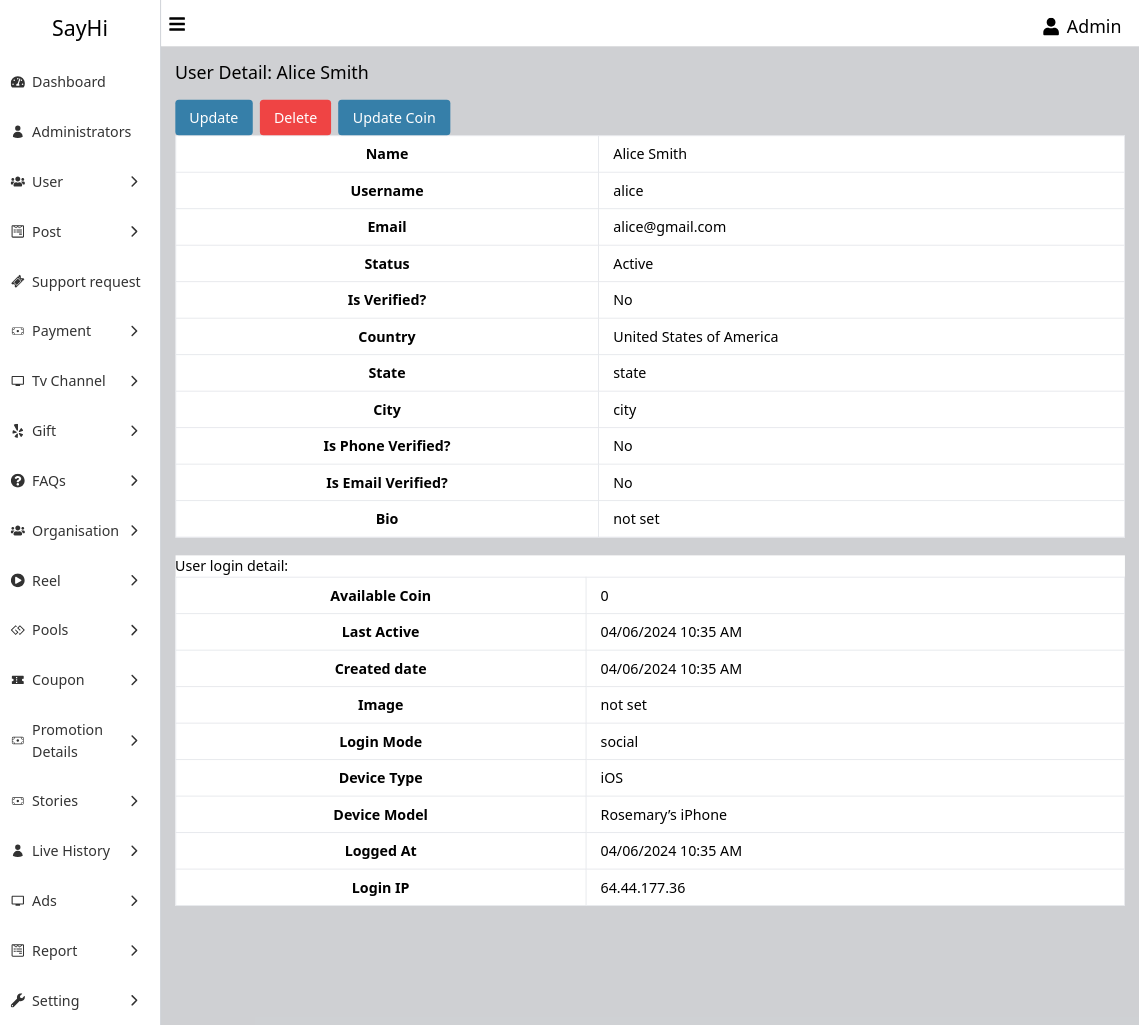
Repository: Husein8/Dashboard
Page: /userDetails/1
The author's editor kept a copy of each file at every save. The page is drawn from the files as they stood at one save, then again after the next save.
The browser window is 1280 px wide. The pictures show the whole page, at 89% of full size.
The project was rebuilt for these pictures with package versions that can differ from the ones it lists, and the page was loaded fresh each time. Also part of the build but not shown: vite.config.js, src/components/Login.jsx, src/components/Charts.jsx, src/components/LatestPost.jsx, src/components/NewUsersData.jsx, src/components/NewUsers.jsx, src/components/TableUsersData.jsx, src/components/Footer.jsx and 13 more.

Above is the page before, as saved 2024-06-09 20:48:01.

### src/App.jsx
import React, { useState } from "react";
import { BrowserRouter as Router, Route, Routes } from "react-router-dom";
import Login from "./components/Login";
import Dashboard from "./components/Dashboard";
import OnboardSettings from "./Pages/OnboardSettings";
import AdminSettings from "./Pages/AdminSettings";
import ContactInfo from "./Pages/ContactInfo";
import { AdminSettingsProvider } from "./context/AdminSettingsContext";
import MainLayout from "./components/MainLayout";
import Users from "./Pages/Users";
import UserDetails from "./Pages/UserDetails";
import UpdateUser from "./Pages/UpdateUser";
import UpdateCoinUser from "./Pages/UpdateCoinUser";
import { UserProvider } from "./context/UserContext";

const App = () => {
  const [login, setLogin] = useState(true);

  return (
    <AdminSettingsProvider>
      <UserProvider>
        <Router>
          <Routes>
            <Route
              index
              element={<Login login={login} setLogin={setLogin} />}
            />
            <Route element={<MainLayout login={login} setLogin={setLogin} />}>
              <Route path="/dashboard" element={<Dashboard />} />
              <Route path="/dashboard/settings" element={<OnboardSettings />} />
              <Route path="/adminSettings" element={<AdminSettings />} />
              <Route path="/contactInfo" element={<ContactInfo />} />
              <Route path="/users" element={<Users />} />
              <Route path="/userDetails/:id" element={<UserDetails />} />
              <Route path="/update/:id" element={<UpdateUser />} />
              <Route path="/update-coin/:id" element={<UpdateCoinUser />} />
            </Route>
          </Routes>
        </Router>
      </UserProvider>
    </AdminSettingsProvider>
  );
};

export default App;

### src/index.css
@import "tailwindcss/base";
@import "tailwindcss/components";
@import "tailwindcss/utilities";

.bg-svg {
  background-image: url("wave.png");
}

### src/context/AdminSettingsContext.jsx
import React, { createContext, useState, useContext, useEffect } from "react";

const AdminSettingsContext = createContext();

const defaultSettings = {
  isUsernameRequired: false,
  isEmailRequired: false,
  isPhoneRequired: false,
  isAddressRequired: false,
  isDateOfBirthRequired: false,
  isFirstNameRequired: false,
  isLastNameRequired: false,
  isGenderRequired: false,
  isLocationRequired: false,
  isInterestsRequired: false,
  isPhotoRequired: false,
  isBioRequired: false,
  bioMaxLength: 200,
  isFindFriendsVisible: false,
  interestsList: ["Football", "Chess", "Reading", "Traveling", "Cooking"],
};

export const AdminSettingsProvider = ({ children }) => {
  const [settings, setSettings] = useState(() => {
    const savedSettings = localStorage.getItem("adminSettings");
    return savedSettings ? JSON.parse(savedSettings) : defaultSettings;
  });

  useEffect(() => {
    localStorage.setItem("adminSettings", JSON.stringify(settings));
  }, [settings]);

  const toggleSetting = (setting) => {
    setSettings((prevSettings) => ({
      ...prevSettings,
      [setting]: !prevSettings[setting],
    }));
  };

  const setBioMaxLength = (length) => {
    setSettings((prevSettings) => ({
      ...prevSettings,
      bioMaxLength: length,
    }));
  };

  const addInterest = (interest) => {
    setSettings((prevSettings) => ({
      ...prevSettings,
      interestsList: [...prevSettings.interestsList, interest],
    }));
  };

  const removeInterest = (interest) => {
    setSettings((prevSettings) => ({
      ...prevSettings,
      interestsList: prevSettings.interestsList.filter(
        (item) => item !== interest
      ),
    }));
  };

  return (
    <AdminSettingsContext.Provider
      value={{
        settings,
        toggleSetting,
        setBioMaxLength,
        addInterest,
        removeInterest,
      }}
    >
      {children}
    </AdminSettingsContext.Provider>
  );
};

export const useAdminSettings = () => useContext(AdminSettingsContext);

### src/components/MainLayout.jsx
import React, { useEffect, useState } from "react";
import { Outlet } from "react-router-dom";
import Sidebar from "./Sidebar";
import HeaderSidebarAdmin from "./HeaderSidebarAdmin";

const MainLayout = ({ login, setLogin }) => {
  const [sidebarOpen, setSidebarOpen] = useState(false);

  const toggleSidebar = () => {
    setSidebarOpen((prevSidebarOpen) => !prevSidebarOpen);
  };

  useEffect(() => {
    const handleResize = () => {
      if (window.innerWidth >= 760) {
        setSidebarOpen(true);
      } else {
        setSidebarOpen(false);
      }
    };

    handleResize();

    window.addEventListener("resize", handleResize);
    return () => window.removeEventListener("resize", handleResize);
  }, []);

  return (
    <div className="flex">
      <div className="w-1/10 bg-opacity-20 bg-white">
        {login ? (
          <Sidebar
            sidebarOpen={sidebarOpen}
            toggleSidebar={toggleSidebar}
            setSidebarOpen={setSidebarOpen}
            login={login}
          />
        ) : (
          ""
        )}
      </div>
      <div className="w-full bg-gray-900 bg-opacity-20">
        <HeaderSidebarAdmin toggleSidebar={toggleSidebar} login={login} />
        <div className="w-full bg-bgMainContent">
          <Outlet />
        </div>
      </div>
    </div>
  );
};

export default MainLayout;

### src/Pages/UserDetails.jsx
// UserDetails.jsx
import React, { useContext } from "react";
import { useNavigate, useParams } from "react-router-dom";
import { UserContext } from "../context/UserContext";

const UserDetails = () => {
  const { id } = useParams();
  const { users } = useContext(UserContext);
  const user = users[id];
  const navigate = useNavigate();

  const handleUpdateClick = () => {
    navigate(`/update/${id}`);
  };

  const handleUpdateCoinClick = () => {
    navigate(`/update-coin/${id}`);
  };

  const handleDeleteClick = () => {
    // Logic to delete the user
    console.log(`User with ID ${id} deleted`);
    navigate("/users");
  };

  if (!user) {
    return <div>User not found</div>;
  }

  return (
    <div className="container mx-auto p-4">
      <h2 className="text-xl mb-3 font-medium">User Detail: {user.name}</h2>
      <div className="mt-4">
        <button
          onClick={handleUpdateClick}
          className="mr-2 bg-buttonsColor text-white px-4 py-2 rounded"
        >
          Update
        </button>
        <button
          onClick={handleDeleteClick}
          className="mr-2 bg-red-500 text-white px-4 py-2 rounded"
        >
          Delete
        </button>
        <button
          onClick={handleUpdateCoinClick}
          className="bg-buttonsColor text-white px-4 py-2 rounded"
        >
          Update Coin
        </button>
      </div>
      <div className="overflow-x-auto">
        <table className="min-w-full bg-white border border-gray-200">
          <tbody>
            <tr>
              <th className="py-2 px-4 border">Name</th>
              <td className="py-2 px-4 border">{user.name}</td>
            </tr>
            <tr>
              <th className="py-2 px-4 border">Username</th>
              <td className="py-2 px-4 border">{user.username}</td>
            </tr>
            <tr>
              <th className="py-2 px-4 border">Email</th>
              <td className="py-2 px-4 border">{user.email}</td>
            </tr>
            <tr>
              <th className="py-2 px-4 border">Status</th>
              <td className="py-2 px-4 border">{user.status}</td>
            </tr>
            <tr>
              <th className="py-2 px-4 border">Is Verified?</th>
              <td className="py-2 px-4 border">
                {user.isVerified ? "Yes" : "No"}
              </td>
            </tr>
            <tr>
              <th className="py-2 px-4 border">Country</th>
              <td className="py-2 px-4 border">{user.country}</td>
            </tr>
            <tr>
              <th className="py-2 px-4 border">State</th>
              <td className="py-2 px-4 border">{user.state}</td>
            </tr>
            <tr>
              <th className="py-2 px-4 border">City</th>
              <td className="py-2 px-4 border">{user.city}</td>
            </tr>
            <tr>
              <th className="py-2 px-4 border">Is Phone Verified?</th>
              <td className="py-2 px-4 border">
                {user.isPhoneVerified ? "Yes" : "No"}
              </td>
            </tr>
            <tr>
              <th className="py-2 px-4 border">Is Email Verified?</th>
              <td className="py-2 px-4 border">
                {user.isEmailVerified ? "Yes" : "No"}
              </td>
            </tr>
            <tr>
              <th className="py-2 px-4 border">Bio</th>
              <td className="py-2 px-4 border">
                {user.bio ? user.bio : "not set"}
              </td>
            </tr>
          </tbody>
        </table>
        <div className=" bg-white">
          <h2 className="mt-5">User login detail:</h2>
          <table className="min-w-full bg-white border border-gray-200">
            <tbody>
              <tr>
                <th className="py-2 px-4 border">Available Coin</th>
                <td className="py-2 px-4 border">{user.availableCoin}</td>
              </tr>
              <tr>
                <th className="py-2 px-4 border">Last Active</th>
                <td className="py-2 px-4 border">{user.lastActive}</td>
              </tr>
              <tr>
                <th className="py-2 px-4 border">Created date</th>
                <td className="py-2 px-4 border">{user.createdDate}</td>
              </tr>
              <tr>
                <th className="py-2 px-4 border">Image</th>
                <td className="py-2 px-4 border">
                  {user.image ? user.image : "not set"}
                </td>
              </tr>
              <tr>
                <th className="py-2 px-4 border">Login Mode</th>
                <td className="py-2 px-4 border">{user.loginMode}</td>
              </tr>
              <tr>
                <th className="py-2 px-4 border">Device Type</th>
                <td className="py-2 px-4 border">{user.deviceType}</td>
              </tr>
              <tr>
                <th className="py-2 px-4 border">Device Model</th>
                <td className="py-2 px-4 border">{user.deviceModel}</td>
              </tr>
              <tr>
                <th className="py-2 px-4 border">Logged At</th>
                <td className="py-2 px-4 border">{user.loggedAt}</td>
              </tr>
              <tr>
                <th className="py-2 px-4 border">Login IP</th>
                <td className="py-2 px-4 border">{user.loginIp}</td>
              </tr>
            </tbody>
          </table>
        </div>
      </div>
    </div>
  );
};

export default UserDetails;

### src/components/IconsData.jsx
import { useState } from "react";
import { FaArrowCircleRight, FaBars, FaUser } from "react-icons/fa";
import { AiOutlineUser } from "react-icons/ai";
import { IoVideocamOutline } from "react-icons/io5";
import { FaPlayCircle, FaHistory } from "react-icons/fa";
import { useNavigate } from "react-router-dom";

const iconsData = [
  {
    icon: <AiOutlineUser className="text-white text-5xl" />,
    title: "USERS",
    count: "10",
    moreInfo: "More info",
    color: "bg",
  },
  {
    icon: <IoVideocamOutline className="text-white text-5xl" />,
    title: "POSTS",
    count: "0",
    moreInfo: "More info",
    color: "bg-red-600",
  },
  {
    icon: <FaPlayCircle className="text-white text-5xl" />,
    title: "REELS",
    count: "0",
    moreInfo: "More info",
    color: "bg-green-700",
  },
  {
    icon: <FaHistory className="text-white text-5xl" />,
    title: "STORY",
    count: "0",
    moreInfo: "More info",
    color: "bg-red-600",
  },
];

function IconsData() {
  return (
    <div className="bg-icons">
      {/* <div className="flex items-center justify-between pl-2 py-2 bg-white">
        <div className="">
          <button onClick={toggleSidebar} className="text-xl pt-2">
            <FaBars />
          </button>
        </div>
        <div className="flex items-center gap-2 relative ">
          <div className="flex items-center gap-2 cursor-pointer text-xl pt-2 pr-5">
            <FaUser onClick={handleAdminClick} />
            <span onClick={handleAdminClick}>Admin</span>
          </div>
        </div>
        {showAdminContainer ? (
          <div className="absolute top-16 right-10 md:right-5 bg-white border w-60 md:w-64  border-black shadow-lg rounded-md ">
            <div className="">
              <div className="flex flex-col items-center pt-10 bg-black text-white">
                <FaUser className="text-7xl mb-2" />
                <p>Admin</p>
                <p className="mb-6 text-sm">Member since May 2024</p>
              </div>
              <div className="flex justify-between w-full mt-3">
                <button
                  onClick={handleSettingsClick}
                  className="text-black px-4 py-2 rounded  border hover:border-black"
                >
                  Settings
                </button>
                <button
                  className="text-black px-4 py-2 rounded border hover:border-black"
                  onClick={handleLogout}
                >
                  Logout
                </button>
              </div>
            </div>
          </div>
        ) : (
          ""
        )}
      </div> */}

      <h1 className="pt-5 text-3xl mb-5 px-2">Dashboard</h1>
      <div className="grid grid-cols-2 sm:grid-cols-2 md:grid-cols-3 lg:grid-cols-4 gap-4 pr-4 py-4 pl-3">
        {iconsData.map((item, index) => (
          <div key={index} className="flex bg-white">
            <div
              className={`container-picture flex items-center justify-center text-5xl ${item.color} px-3 py-4 border rounded-tl rounded-bl`}
            >
              {item.icon}
            </div>

            <div className="flex flex-col bg-white bg-opacity-50 w-full pl-2 ">
              <span className="text-sm">{item.title}</span>
              <span className="text-base font-bold">{item.count}</span>
              <div className="flex flex-row items-center text-blue-500 gap-1">
                <span className="text-sm">{item.moreInfo}</span>
                <FaArrowCircleRight />
              </div>
            </div>
          </div>
        ))}
      </div>
    </div>
  );
}

export default IconsData;

### src/components/HeaderSidebarAdmin.jsx
import { useState } from "react";
import { FaBars, FaUser } from "react-icons/fa";
import { useNavigate } from "react-router-dom";

function HeaderSidebarAdmin({ toggleSidebar, login }) {
  const navigate = useNavigate();
  const [showAdminContainer, setShowAdminContainer] = useState(false);

  const handleAdminClick = () => {
    if (!login) {
      navigate("/");
    } else {
      setShowAdminContainer(!showAdminContainer);
    }
  };

  const handleLogout = () => {
    navigate("/");
  };

  // handleSettingsClick;

  const handleSettingsClick = () => {
    navigate("settings");
  };

  return (
    <div>
      <div className="flex items-center justify-between pl-2 py-2 bg-white">
        <div className="">
          <button onClick={toggleSidebar} className="text-xl pt-2">
            <FaBars />
          </button>
        </div>
        <div className="flex items-center gap-2 relative ">
          <div className="flex items-center gap-2 cursor-pointer text-xl pt-2 pr-5">
            <FaUser onClick={handleAdminClick} />
            <span onClick={handleAdminClick}>Admin</span>
          </div>
        </div>
        {showAdminContainer ? (
          <div className="absolute top-16 right-10 md:right-5 bg-white border w-60 md:w-64  border-black shadow-lg rounded-md ">
            <div className="">
              <div className="flex flex-col items-center pt-10 bg-black text-white">
                <FaUser className="text-7xl mb-2" />
                <p>Admin</p>
                <p className="mb-6 text-sm">Member since May 2024</p>
              </div>
              <div className="flex justify-between w-full mt-3">
                <button
                  onClick={handleSettingsClick}
                  className="text-black px-4 py-2 rounded  border hover:border-black"
                >
                  Settings
                </button>
                <button
                  className="text-black px-4 py-2 rounded border hover:border-black"
                  onClick={handleLogout}
                >
                  Logout
                </button>
              </div>
            </div>
          </div>
        ) : (
          ""
        )}
      </div>
    </div>
  );
}

export default HeaderSidebarAdmin;

### src/components/StatusData.jsx
import { FaDollarSign, FaEnvelope, FaFileAlt } from "react-icons/fa";

const cardData = [
  {
    icon: <FaEnvelope className="text-white text-4xl md:text-5xl" />,
    bgColor: "bg-yellow-500",
    header: "SUPPORT REQUESTS",
    count: 20,
    description: "5 requests is pending for reply",
  },
  {
    icon: <FaFileAlt className="text-white text-4xl md:text-5xl" />,
    bgColor: "bg-red-500",
    header: "USERS LIVE HISTORY",
    count: 1201,
    description: "0 Users live now",
  },
  {
    icon: <FaDollarSign className="text-white text-4xl md:text-5xl" />,
    bgColor: "bg-green-500",
    header: "PAYMENTS",
    count: "$1415",
    description: "$0 in 30 Days",
  },
];

function InfoData() {
  return (
    <div className="mt-10 lg:mt-0">
      {cardData.map((card, index) => (
        <div key={index} className={`shadow-lg ${card.bgColor}`}>
          <div className="flex items-center mb-4 p-2">
            <div className="ml-2 mr-5">{card.icon}</div>
            <div className="flex flex-col text-white">
              <span className="text-sm md:text-base">{card.header}</span>
              <span className="text-sm md:text-base">{card.count}</span>
              <p className="text-sm md:text-base">{card.description}</p>
            </div>
          </div>
        </div>
      ))}
    </div>
  );
}

export default InfoData;

Loaded but not shown: index.html (common file); src/main.jsx (common file); tailwind.config.js (21 lines, source omitted); src/components/Sidebar.jsx (508 lines, source omitted); src/context/UserContext.jsx (234 lines, source omitted)

After the next save:
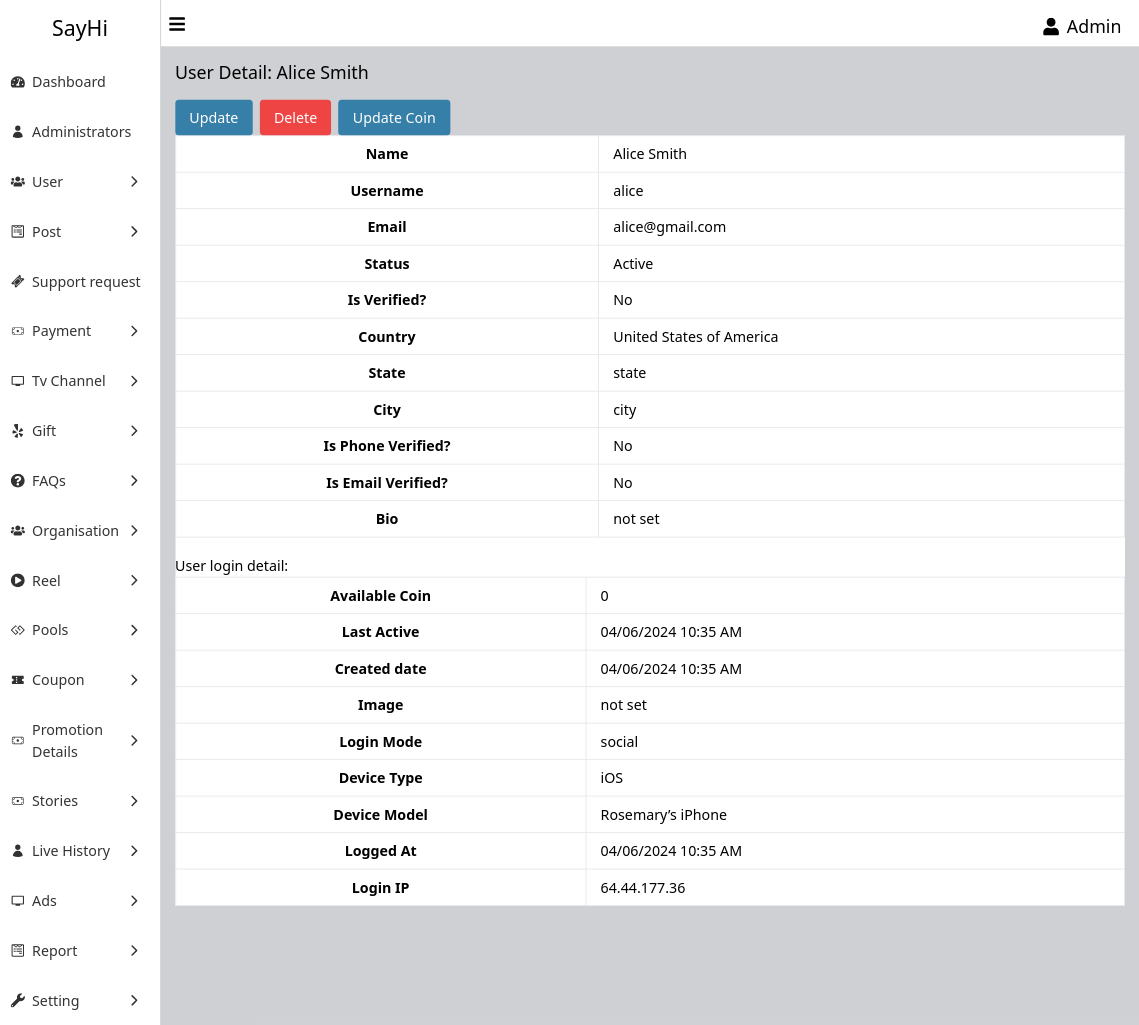
Saved 5 s later.
--- a/src/Pages/UserDetails.jsx
+++ b/src/Pages/UserDetails.jsx
@@ -108,7 +108,7 @@
           </tbody>
         </table>
         <div className=" bg-white">
-          <h2 className="mt-5">User login detail:</h2>
+          <h2 className="pt-5">User login detail:</h2>
           <table className="min-w-full bg-white border border-gray-200">
             <tbody>
               <tr>

After the save that followed:
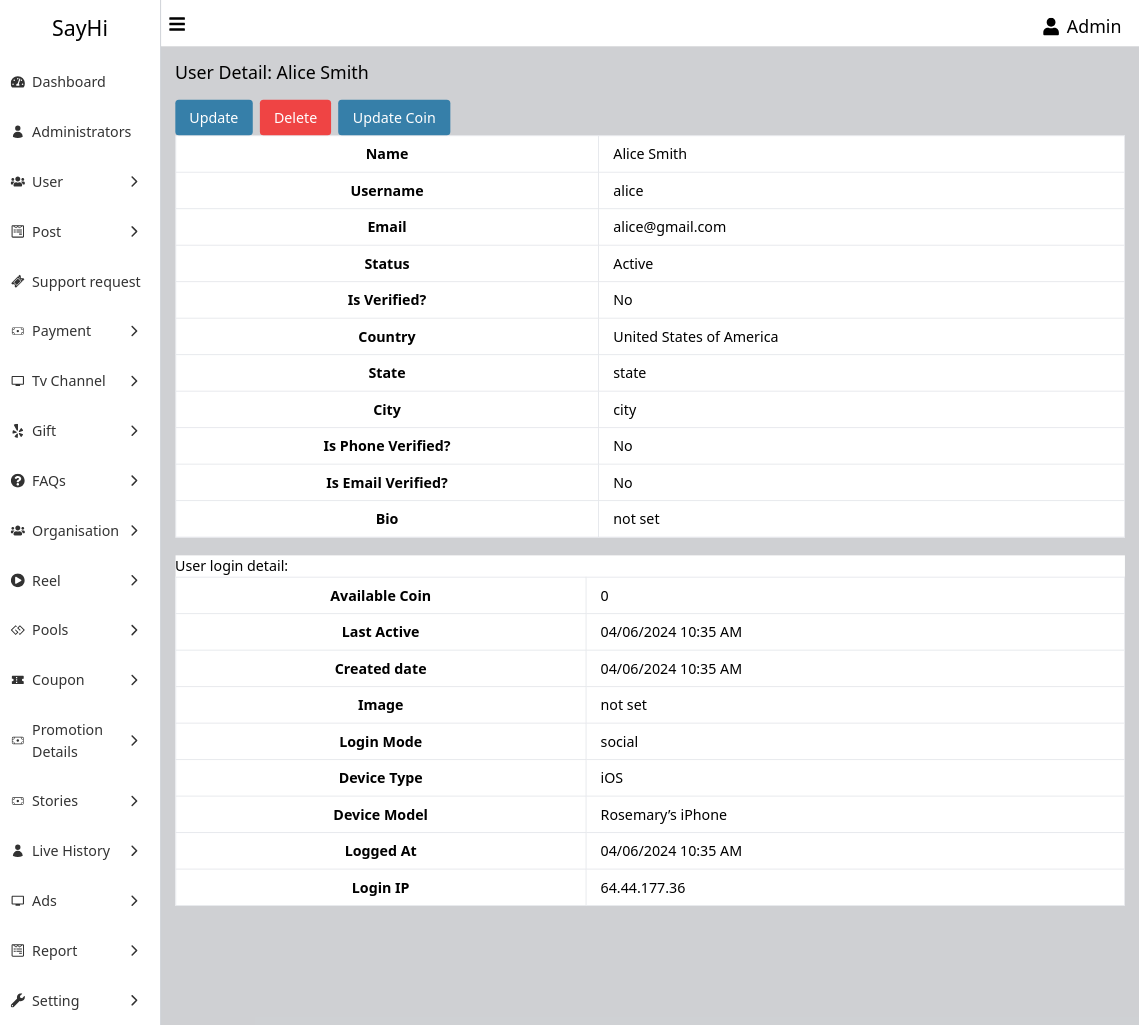
Saved 5 s later.
--- a/src/Pages/UserDetails.jsx
+++ b/src/Pages/UserDetails.jsx
@@ -108,7 +108,7 @@
           </tbody>
         </table>
         <div className=" bg-white">
-          <h2 className="pt-5">User login detail:</h2>
+          <h2 className="mt-5">User login detail:</h2>
           <table className="min-w-full bg-white border border-gray-200">
             <tbody>
               <tr>
